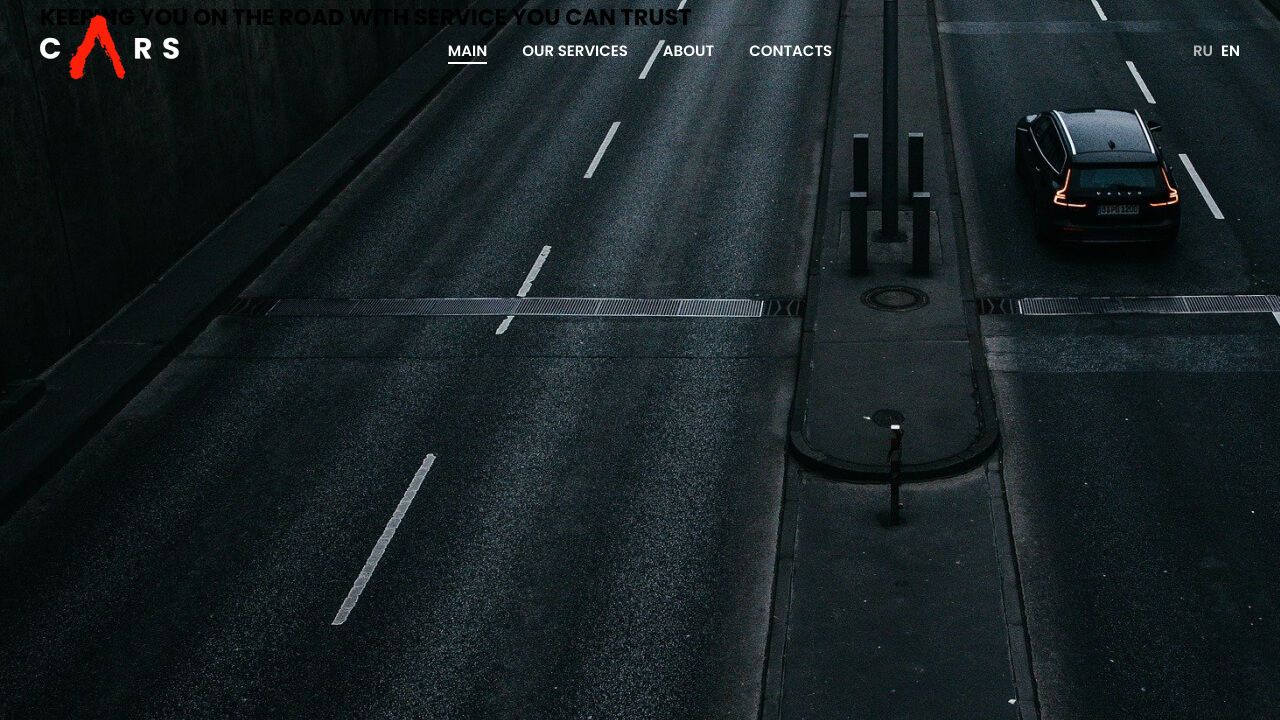
Repository: Earn1ll/car_repair
Page: index.html
The author's editor kept a copy of each file at every save. The page is drawn from the files as they stood at one save, then again after the next save.
The browser window is 1280 px wide. The pictures show the whole page.

Above is the page before, as saved 2022-09-18 14:56:33.

After the next save:
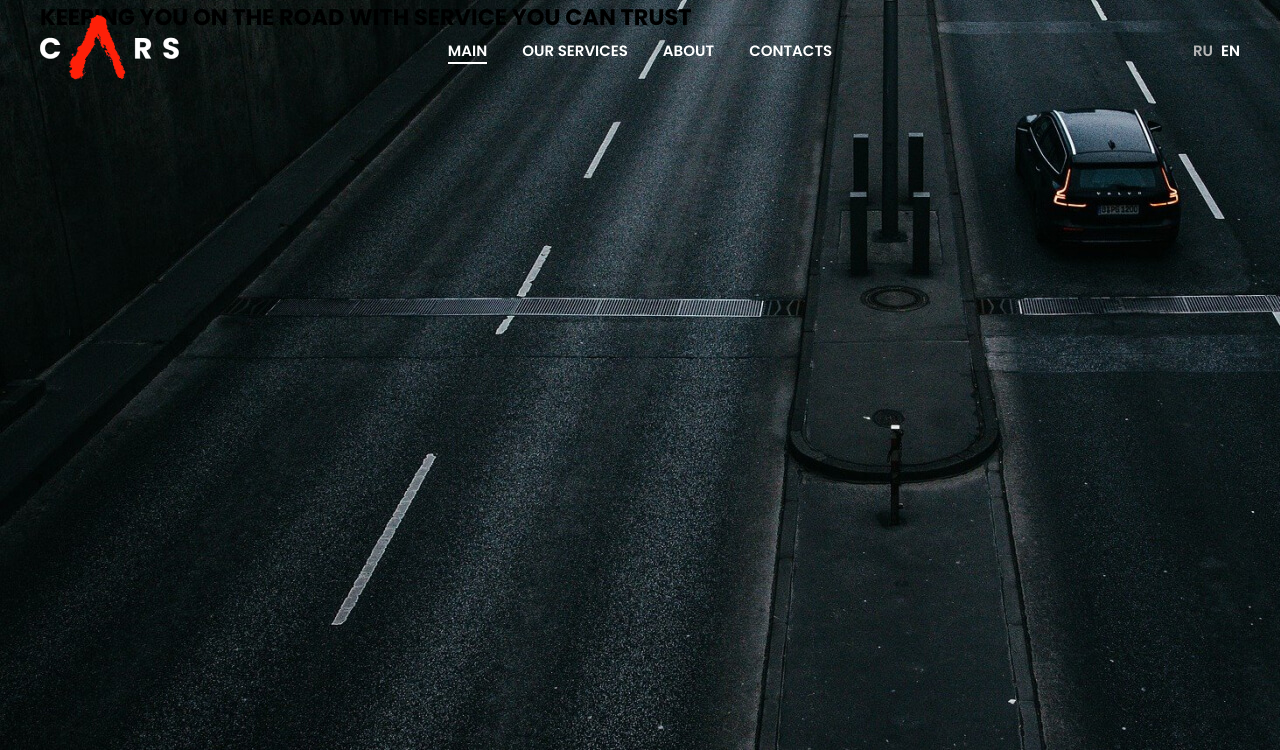
Saved 43 s later.
--- a/css/style.css
+++ b/css/style.css
@@ -105,6 +105,6 @@
     background: url('../img/intro_bg.jpg');
 }
 .intro__content {
-    height: 100vh;
+    height: 750px;
 }
 /* intro end working */
